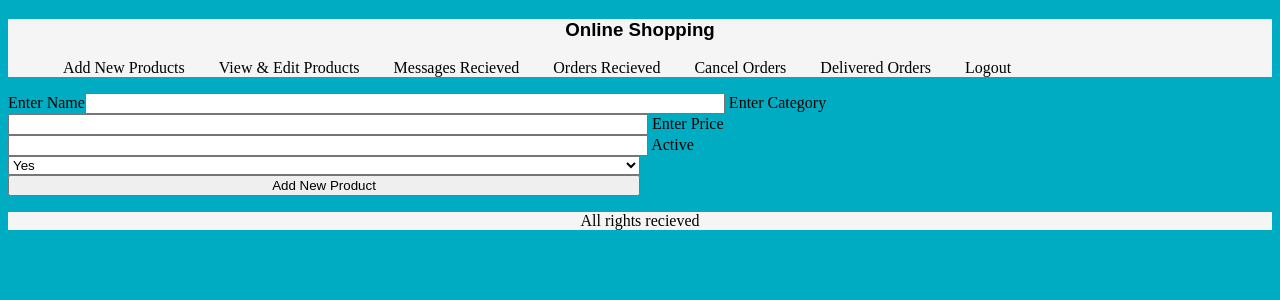
Repository: NidhiDaniel/E-Cart
Page: http://localhost/Online-Shopping-Cart/admin/addproduct.jsp
An editor plug-in stored every save of this project. The page is shown before and after the next save, followed by the edit.
The browser window is 1280 px wide. The pictures show the whole page.
The page is served by Tomcat 9. Other server files are loaded and not shown.

Above is the page before, as saved 2024-01-05 10:34:05.

### Online-Shopping-Cart/src/main/webapp/admin/addproduct.jsp
<%@ page language="java" contentType="text/html; charset=ISO-8859-1"
	pageEncoding="ISO-8859-1"%>
<%@include file="adminheader.jsp"%>
<!DOCTYPE html>
<html>
<head>
<meta charset="ISO-8859-1">
<title>Insert title here</title>
<link rel="stylesheet" type="text/css" href="../css/admin-product.css">
</head>
<body>
	<div class="product-container">
		<div class="product-form">
		    <form action="">
			<label>Enter Name</label><input type="text" name="name">
			<label>Enter Category</label><input type="text" name="category">
			<label>Enter Price</label><input type="text" name="price">
			<label>Active</label>
			<select name="active">
				<option>Yes</option>
				<option>No</option>
			</select>
			<input type="submit" value="Add New Product">
			</form>
		</div>
	</div>
</body>
</html>
<%@include file="../footer.jsp"%>

### Online-Shopping-Cart/src/main/webapp/admin/adminheader.jsp
<%@ page language="java" contentType="text/html; charset=ISO-8859-1"
	pageEncoding="ISO-8859-1"%>
<!DOCTYPE html>
<html>
<head>
<meta charset="ISO-8859-1">
<title>Insert title here</title>
<link rel="stylesheet" type="text/css" href="../css/header.css">
</head>
<body>
	<div class="header">
	   <h3>Online Shopping</h3>
		<ul>
			<li><a href="addproduct.jsp"> Add New Products</a></li>
			<li><a href="#"> View & Edit Products</a></li>
			<li><a href="#"> Messages Recieved</a></li>
			<li><a href="#"> Orders Recieved</a></li>
			<li><a href="#"> Cancel Orders</a></li>
			<li><a href="#"> Delivered Orders</a></li>
			<li><a href="#"> Logout</a></li>
		</ul>

	</div>
</body>
</html>

### Online-Shopping-Cart/src/main/webapp/footer.jsp
<%@ page language="java" contentType="text/html; charset=ISO-8859-1"
    pageEncoding="ISO-8859-1"%>
<!DOCTYPE html>
<html>
<head>
<meta charset="ISO-8859-1">
<title>Insert title here</title>
<link rel="stylesheet" type="text/css" href="../css/footer.css">
</head>
<body>
<div class="footer">
<p>All rights recieved</p>
</div>
</body>
</html>

### Online-Shopping-Cart/src/main/webapp/css/header.css
@charset "ISO-8859-1";
body{
	background: #00ACC1;
}
.header{
	width: auto;
	height:auto;
	background: #f5f5f5;
}
.header ul li{
	list-style: none;
	display: inline-block;

}
.header h3{
	text-align: center;
	font-family: sans-serif;
	font-weight: 900;
}
.header ul li a{
	margin: 15px;
    text-decoration: none;
    color: black;
    font-weight: 500;
}

### Online-Shopping-Cart/src/main/webapp/css/admin-product.css
@charset "ISO-8859-1";
.product-container{
	width:100%;
}
.product-form input,select{
	width:50%;

}

### Online-Shopping-Cart/src/main/webapp/css/footer.css
@charset "ISO-8859-1";
.footer{
	background: #f5f5f5;
}
.footer p{
text-align: center;
}

After the next save:
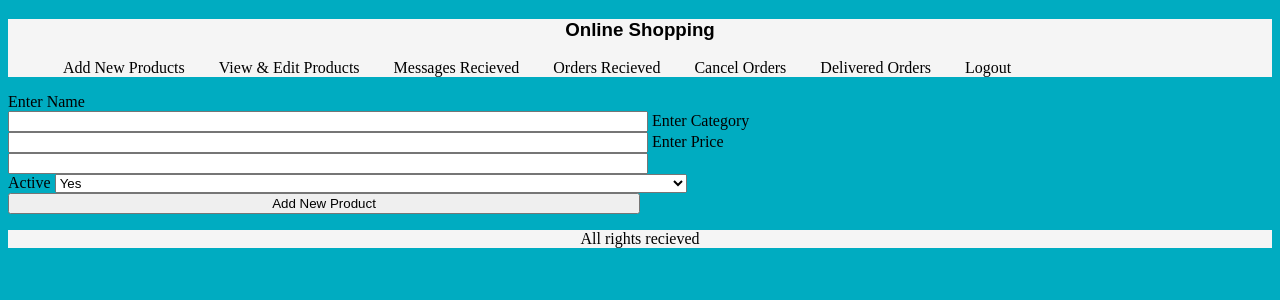
Saved 39 s later.
--- a/Online-Shopping-Cart/src/main/webapp/admin/addproduct.jsp
+++ b/Online-Shopping-Cart/src/main/webapp/admin/addproduct.jsp
@@ -12,14 +12,17 @@
 	<div class="product-container">
 		<div class="product-form">
 		    <form action="">
-			<label>Enter Name</label><input type="text" name="name">
-			<label>Enter Category</label><input type="text" name="category">
-			<label>Enter Price</label><input type="text" name="price">
+			<label>Enter Name</label><br>
+			<input type="text" name="name">
+			<label>Enter Category</label><br>
+			<input type="text" name="category">
+			<label>Enter Price</label><br>
+			<input type="text" name="price"> <br>
 			<label>Active</label>
 			<select name="active">
 				<option>Yes</option>
 				<option>No</option>
-			</select>
+			</select><br>
 			<input type="submit" value="Add New Product">
 			</form>
 		</div>
